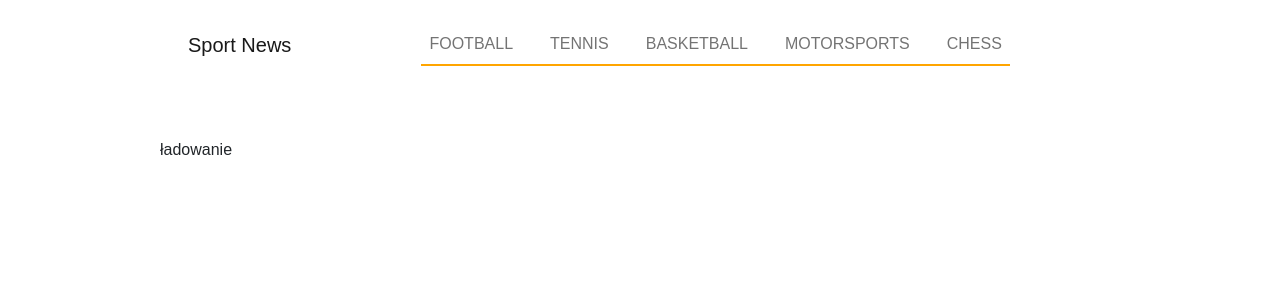
Repository: michalgornicki/sportnews
Page: /
The author's editor kept a copy of each file at every save. The page is drawn from the files as they stood at one save, then again after a run of saves.
The browser window is 1280 px wide. The pictures show the whole page.
The page's requests for data from a server got no answer. The project was rebuilt for these pictures with package versions that can differ from the ones it lists, and the page was loaded fresh each time. No one was signed in, and anything a server would have sent is missing. Also part of the build but not shown: src/components/posts/Post.jsx.

Above is the page before, as saved 2022-03-02 08:39:06.

After the next 2 saves:
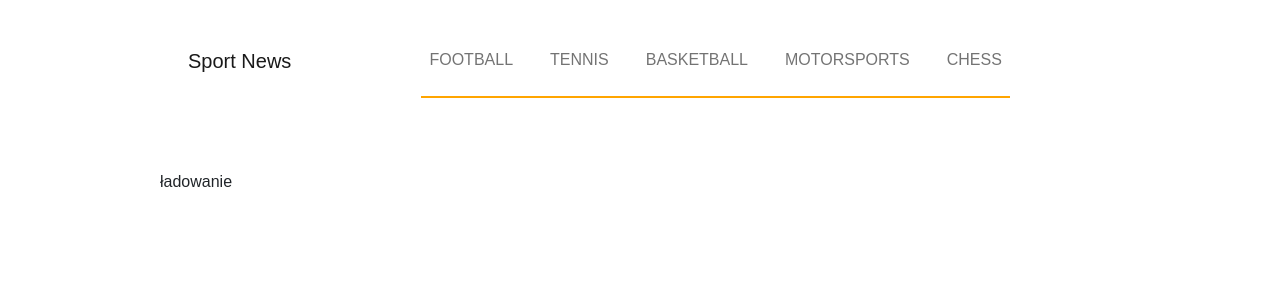
The 2 saves are shown as one change because they came seconds apart.
The last was saved 26 s later.
--- a/src/App.jsx
+++ b/src/App.jsx
@@ -44,7 +44,7 @@ function App() {
             </Link>
             <Navbar.Toggle aria-controls="basic-navbar-nav" />
             <Navbar.Collapse id="basic-navbar-nav">
-              <Nav className="nav m-auto w-75 justify-content-between">
+              <Nav className="nav m-auto py-3 w-75 justify-content-between">
                 <Nav.Link href="#link">FOOTBALL</Nav.Link>
                 <Nav.Link href="#link">TENNIS</Nav.Link>
                 <Nav.Link href="#link">BASKETBALL</Nav.Link>
